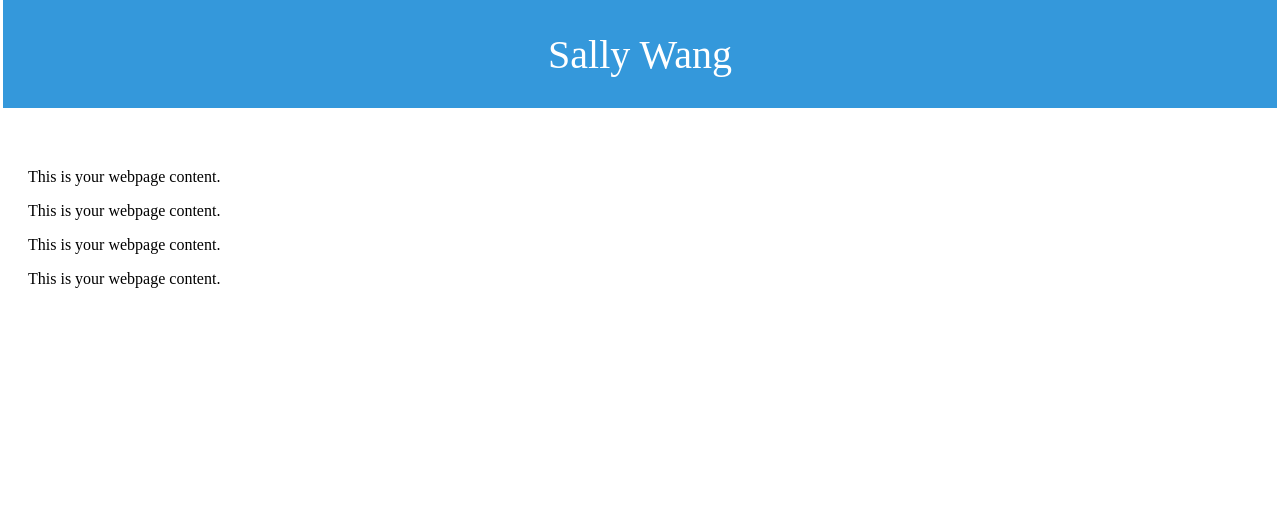
Repository: tianjiewang2022/tianjiewang2022.github.io
Page: index.html
An editor plug-in stored every save of this project. The page is shown before and after the next save, followed by the edit.
The browser window is 1280 px wide. The pictures show the whole page.

Above is the page before, as saved 2023-10-01 22:33:44.

After the next save:
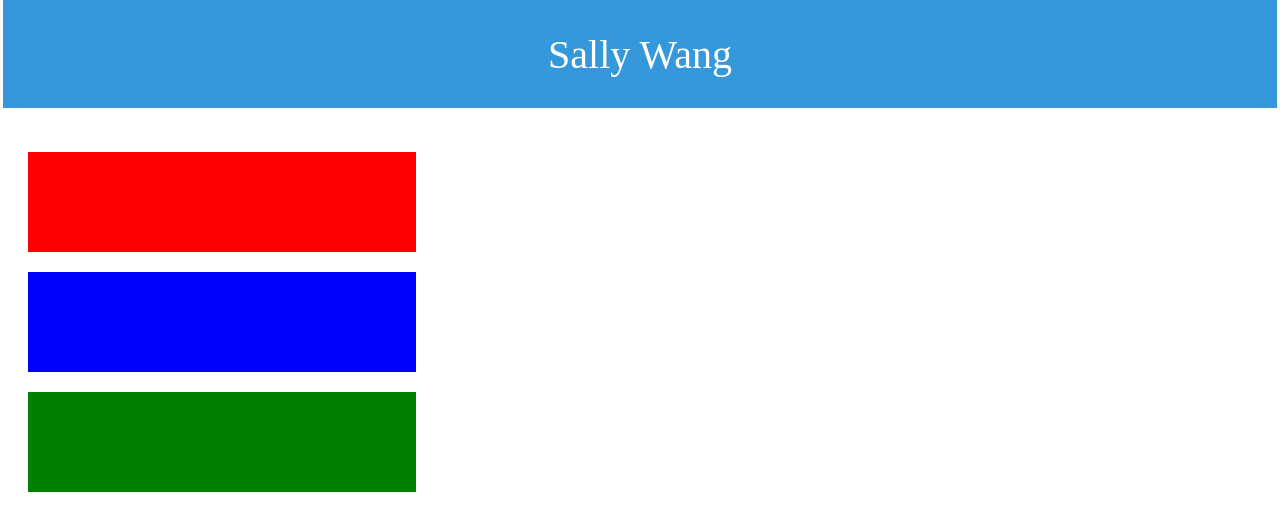
Saved 18 s later.
--- a/index.html
+++ b/index.html
@@ -69,10 +69,9 @@
 
         <div class="container">
             <!-- Your content goes here -->
-            <p>This is your webpage content.</p>
-            <p>This is your webpage content.</p>
-            <p>This is your webpage content.</p>
-            <p>This is your webpage content.</p>
+            <div class="box red"></div>
+            <div class="box blue"></div>
+            <div class="box green"></div>
         </div>
     </body>
 
